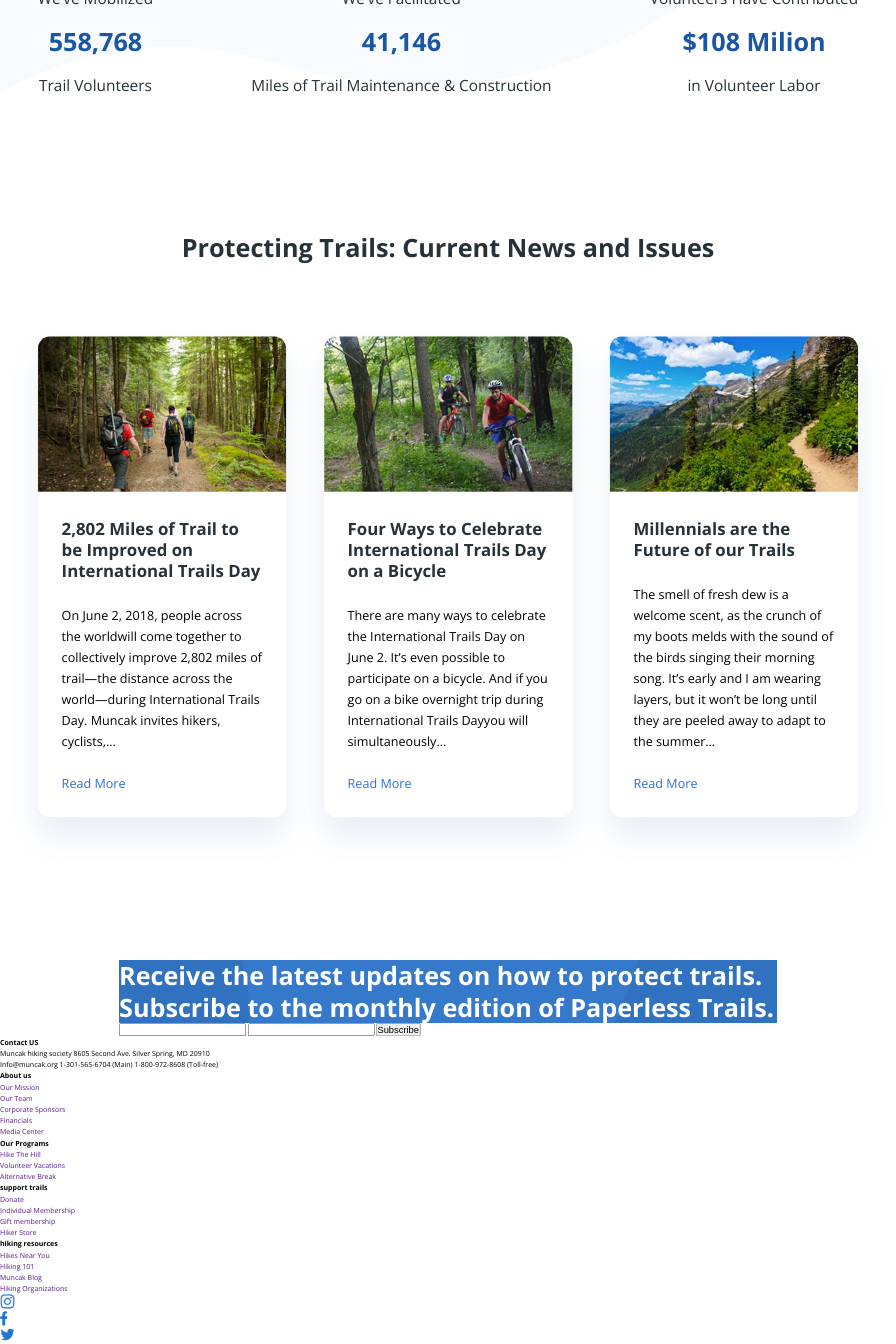
Repository: huubinh98/Project
Page: muncak/index.html
An editor plug-in stored every save of this project. The page is shown before and after the next save, followed by the edit.
The browser window is 1280 px wide. The pictures show the part of the page from y = 3138 to 5058 px (the page is 5058 px tall), at 70% of full size.

Above is the page before, as saved 2021-08-28 21:02:52.

### muncak/index.html
<!DOCTYPE html>
<html lang="en">

<head>
    <meta charset="UTF-8">
    <meta http-equiv="X-UA-Compatible" content="IE=edge">
    <meta name="viewport" content="width=device-width, initial-scale=1.0">
    <link rel="stylesheet" href="./style.css">
    <link rel="preconnect" href="https://fonts.googleapis.com">
    <link rel="preconnect" href="https://fonts.gstatic.com" crossorigin>
    <link href="https://fonts.googleapis.com/css2?family=Open+Sans:wght@300;400;600;700&display=swap" rel="stylesheet">
    <title>Muncak</title>
</head>

<body>
    <header class="header">
        <div class="container header-nav">
            <h1 class="logo"><a href="" class="logo-link"><img src="./image/Muncak.png" alt="" class="logo-img"></a>
            </h1>
            <ul class="nav-list">
                <li class="nav-item">
                    <a href="" class="nav-item-link">Home</a>
                </li>
                <li class="nav-item">
                    <a href="" class="nav-item-link">Go Hiking</a>
                </li>
                <li class="nav-item">
                    <a href="" class="nav-item-link">About</a>
                </li>
                <li class="nav-item">
                    <a href="" class="nav-item-link nav-highlight">Login</a>
                </li>
            </ul>
        </div>
        <div class="container-small">
            <h1 class="heading-banner">Lets get the top of Moutain</h1>
            <p class="heading-desc">Here is the hiking information you need to decide
                if it is right for you, and to make it more interesting,
                enjoyable, and safe.</p>
            <a href="#" class="btn c"> Get Started</a>
        </div>
    </header>
    <section class="about">
        <div class="container-small about-wrap">
            <h2 class="heading-name hearding-name-about">We envision a world where everyone
                has permanent access to a hiking trail</h2>
            <div class="about-item">
                <img src="./image/loa.png" alt="loa" class="about-img">
                <div class="about-content">
                    <h4 class="about-content-heading">Advocate</h4>
                    <p class="about-content-desc">We work with Congress, Federal agencies, and partners on policy issues
                        and legislation to ensure funding for trails, preservation of natural areas, and protection of
                        the hiking experience.</p>
                </div>
            </div>
            <div class="about-item">
                <img src="./image/bantay.png" alt="loa" class="about-img">
                <div class="about-content">
                    <h4 class="about-content-heading">Volunteer </h4>
                    <p class="about-content-desc">Trails don't maintain themselves. Individuals of any age and
                        experience level can become trail stewards. Give back to the trails you love, meet new people,
                        and enjoy the experience!</p>
                </div>
            </div>
            <div class="about-item">
                <img src="./image/nui.png" alt="loa" class="about-img">
                <div class="about-content">
                    <h4 class="about-content-heading">Explore</h4>
                    <p class="about-content-desc">Feel confident when you set out on your next trail adventure. Check
                        out our free hiking resources like tips for hiking with families, gear checklists, finding the
                        best trail for you.</p>
                </div>
            </div>
            <a href="" class="btn btn-about">Lean more</a>
        </div>
        <div class="container-small about-customer">
            <h2 class="heading-name">With the support of our members, and partners, we've improved trail access for millions of people</h2>
            <div class="customer-content">
                <p class="customer-text">We’ve Mobilized <span>558,768</span> Trail Volunteers</p>
                <p class="customer-text">We’ve Facilitated <span>41,146</span>
                    Miles of Trail Maintenance & Construction</p>
                <p class="customer-text">Volunteers Have Contributed <span>$108 Milion</span> in Volunteer Labor</p>
            </div>
        </div>
    </section>

    <!-- -----------new--------------- -->
    <section class="new">
        <div class="container-small">
            <h2 class="heading-name">Protecting Trails: Current News and Issues</h2>
            <div class="new-content">
                <div class="new-item">
                    <a href="#" class="new-item-picture">
                        <img src="./image/pic1.jpg" alt="pic1" class="new-item-img">
                    </a>
                    <div class="new-item-text">
                        <h3 class="new-item-name">2,802 Miles of Trail to be Improved on International Trails Day</h3>
                        <p class="new-item-desc">On June 2, 2018, people across the worldwill come together to
                            collectively improve 2,802 miles of trail—the distance across the world—during International
                            Trails Day. Muncak invites hikers, cyclists,…</p>
                        <a href="#" class="new-item-link">Read More</a>
                    </div>
                </div>
                <div class="new-item">
                    <a href="#" class="new-item-picture">
                        <img src="./image/pic2.jpg" alt="pic1" class="new-item-img">
                    </a>
                    <div class="new-item-text">
                        <h3 class="new-item-name">Four Ways to Celebrate International Trails Day on a Bicycle</h3>
                        <p class="new-item-desc">There are many ways to celebrate the International Trails Day on June 2. It’s even possible to participate on a bicycle. And if you go on a bike overnight trip during International Trails Dayyou will simultaneously…</p>
                        <a href="#" class="new-item-link">Read More</a>
                    </div>
                </div>
                <div class="new-item">
                    <a href="#" class="new-item-picture">
                        <img src="./image/pic3.jpg" alt="pic1" class="new-item-img">
                    </a>
                    <div class="new-item-text">
                        <h3 class="new-item-name">Millennials are the Future of our Trails</h3>
                        <p class="new-item-desc">The smell of fresh dew is a welcome scent, as the crunch of my boots melds with the sound of the birds singing their morning song. It’s early and I am wearing layers, but it won’t be long until they are peeled away to adapt to the summer…</p>
                        <a href="#" class="new-item-link">Read More</a>
                    </div>
                </div>
            </div>
        </div>
    </section>

    <div class="contact-footer">
        <div class="container form-contact">
            <h5 class="contact-heading">Receive the latest updates on how to protect trails.
                Subscribe to the monthly edition of Paperless Trails.</h5>
            <form action="">
                <input type="text" name="Name" id="" class="form-input">
                <input type="text" name="Email" id="" class="form-input">
                <button type="submit">Subscribe</button>
            </form>
        </div>
        <footer class="footer container">
            <div class="footer-info">
                <div class="footer-item">
                    <h4>Contact US</h4>
                    <p>Muncak hiking society
                        8605 Second Ave.
                        Silver Spring, MD 20910</p>
                    <p>
                        <span>Info@muncak.org</span>
                        <span>1-301-565-6704 (Main)</span>
                        <span>1-800-972-8608 (Toll-free)</span>
                    </p>
                </div>
                <div class="footer-item">
                    <h4>About us</h4>
                    <ul>
                        <li>
                            <a href="">Our Mission</a>
                        </li>
                        <li>
                            <a href="">Our Team</a>
                        </li>
                        <li>
                            <a href="">Corporate Sponsors</a>
                        </li>
                        <li>
                            <a href="">Financials</a>
                        </li>
                        <li>
                            <a href="">Media Center</a>
                        </li>
                    </ul>
                </div>
                <div class="footer-item">
                    <h4>Our Programs</h4>
                    <ul>
                        <li>
                            <a href="">Hike The Hill</a>
                        </li>
                        <li>
                            <a href="">Volunteer Vacations</a>
                        </li>
                        <li>
                            <a href="">Alternative Break</a>
                        </li>
                    </ul>
                </div>
                <div class="footer-item">
                    <h4>support trails</h4>
                    <ul>
                        <li>
                            <a href="">Donate</a>
                        </li>
                        <li>
                            <a href="">Individual Membership</a>
                        </li>
                        <li>
                            <a href="">Gift membership</a>
                        </li>
                        <li>
                            <a href="">Hiker Store</a>
                        </li>
                    </ul>
                </div>
                <div class="footer-item">
                    <h4>hiking resources</h4>
                    <ul>
                        <li>
                            <a href="">Hikes Near You</a>
                        </li>
                        <li>
                            <a href="">Hiking 101</a>
                        </li>
                        <li>
                            <a href="">Muncak Blog</a>
                        </li>
                        <li>
                            <a href="">Hiking Organizations</a>
                        </li>
                    </ul>
                </div>
            </div>
            <ul class="socical">
                <li class="socical-item">
                    <a href="" class="socical-item-link">
                        <img src="./image/instar.png" alt="" class="socical-item-img">
                    </a>
                </li>
                <li class="socical-item">
                    <a href="" class="socical-item-link">
                        <img src="./image/facebook.png" alt="" class="socical-item-img">
                    </a>
                </li>
                <li class="socical-item">
                    <a href="" class="socical-item-link">
                        <img src="./image/tiwer.png" alt="" class="socical-item-img">
                    </a>
                </li>
            </ul>
        </footer>
    </div>
</body>

</html>

### muncak/style.css
* {
    margin: 0;
    padding: 0;
    box-sizing: border-box;
}

html {
    font-size: 62.5%;
    line-height: 1.6rem;
    font-family: 'Open Sans', sans-serif;
    scroll-behavior: smooth;
}

ul, li {
    list-style: none;
}

a {
    text-decoration: none;
}

.container {
    max-width: 1404px;
    width: 100%;
    margin: 0 auto;
}

.container-small {
    max-width: 1172px;
    width: 100%;
    margin: 0 auto;
}

.btn {
    font-size: 2rem;
    line-height: 8rem;
    color: #fbfcfc;
    background-color: #2870db;
    border-radius: 40px;
    display: inline-block;
    padding: 0 66px;
    box-shadow: 0 22px 24px rgba(17, 83, 165, 0.21);
    transition: 0.25s ease;
}

.heading-name {
    font-size: 3.6rem;
    line-height: 5rem;
    text-align: center;
    margin: 0 auto;
    color: #263238;
    margin-bottom: 101px;
    max-width: 1000px;
}

.btn:hover {
    background-color: #1153a5;
}

/* ----------------------- */

.header {
    margin: 0 auto;
    max-width: 1900px;
    height: 1026px;
    background-color: white;
    background-image: url(./image/backgroudleft1.png), url(./image/Muncak-Landing-Page.png);
    background-position: left bottom, right top;
    background-repeat: no-repeat, no-repeat;
}

.header-nav {
    display: flex;
    justify-content: space-between;
    padding-top: 85px;
}

.logo{

}
.logo-link{

}
.logo-img{

}
.nav-list{

}
.nav-item{
    display: inline-block;
}
.nav-item-link{
    font-size: 1.8rem;
    font-weight: 400;
    line-height: 3.6rem;
    color: #fff;
    padding: 0 36px;
    display: inline-block;
}

.nav-highlight {
    background-color: #fff;
    color: #14215e;
    border-radius: 14px;
}

.heading-banner {
    font-size: 5rem;
    line-height: 6rem;
    color: #1c2056;
    margin-top: 144px;
    max-width: 400px;
}

.heading-desc {
    font-size: 1.8rem;
    line-height: 4rem;
    color: rgba(45, 32, 88, 0.65);
    max-width: 400px;
    margin-top: 43px;
    margin-bottom: 103px;
}

.btn-heading {
    margin-bottom: 310px;
}


/* -----------about---------------- */
.about {
    margin-top: 158px;
    margin-bottom: 98px;
    background-image: url(./image/backgroudleft2.png), url(./image/Muncak-Landing-Page2.png);
    background-repeat: no-repeat, no-repeat;
    background-position: left bottom, right center;
}

.about-wrap {
    margin-bottom: 105px;
}

.hearding-name-about {
    max-width: 700px;
}

.about-item {
    max-width: 549px;
}

.about-item:nth-child(2n + 1) {
    margin-left: auto;
    margin-top: -150px;
}

.about-item:nth-child(2n + 2) {
    margin-top: -109px;
}

.about-item:first-of-type {
    margin-top: 0;
}

.about-img {
    display: block;
    margin: 0 auto;
    margin-bottom: 63px;
}

.about-content {
    padding: 72px;
    border-radius: 18px;
    background-color: #fff;
    box-shadow: 0 27px 43px rgb(32 94 171 / 10%);
}

.about-content-heading {
    font-size: 2.4rem;
    line-height: 3.6rem;
    color: #263238;
    padding-bottom: 48px;
}

.about-content-desc {
    font-size: 1.8rem;
    line-height: 3.6rem;
    color: #546e7a;
}

.btn-about {
    float: right;
    margin-right: 163px;
    margin-top: -226px;
}

/* -----------customer-------------- */

.about-custumer {
    margin-top: 105px;
}

.customer-content {
    display: flex;
    justify-content: space-between;
}

.customer-text {
    text-align: center;
    font-size: 2.2rem;
    line-height: 2.3rem;
    color: #263238;
}

.customer-text span {
    font-size: 3.6rem;
    display: block;
    color: #1a56a3;
    font-weight: 700;
    line-height: 3.4rem;
    padding: 34px 0;
}

/* --------New-------------- */

.new {
    padding-top: 98px;
    padding-bottom: 102px;
}

.new-content {
    display: flex;
    justify-content: space-between;
}

.new-item {
    border-radius: 18px;
    box-shadow: 0 27px 43px rgb(32 94 171 / 10%);
    max-width: 355px;
    overflow: hidden;
}

.new-item-img {
    height: 222px;
    object-fit: cover;
    width: 100%;
}

.new-item-text {
    padding: 34px;
}

.new-item-name {
    font-size: 2.4rem;
    line-height: 3rem;
    color: #263238;
    padding-bottom: 33px;
}

.new-item-desc {
    font-size: 1.8rem;
    line-height: 3rem;
    padding-bottom: 30px;
}

.new-item-link {
    font-size: 1.8rem;
    line-height: 3rem;
    color: #2870db;
}


/* -----------contact-footer------------ */
.contact-footer {
    padding-top: 102px;
}

.form-contact {
    max-width: 940px;
}

.contact-heading {
    font-size: 3.6rem;
    line-height: 4.5rem;
    color: #fff;
    background-color: #3072c0;
    background-image: url(./image/backgroudcontact.png);
    background-repeat: no-repeat;
    background-position: left;
}

After the next save:
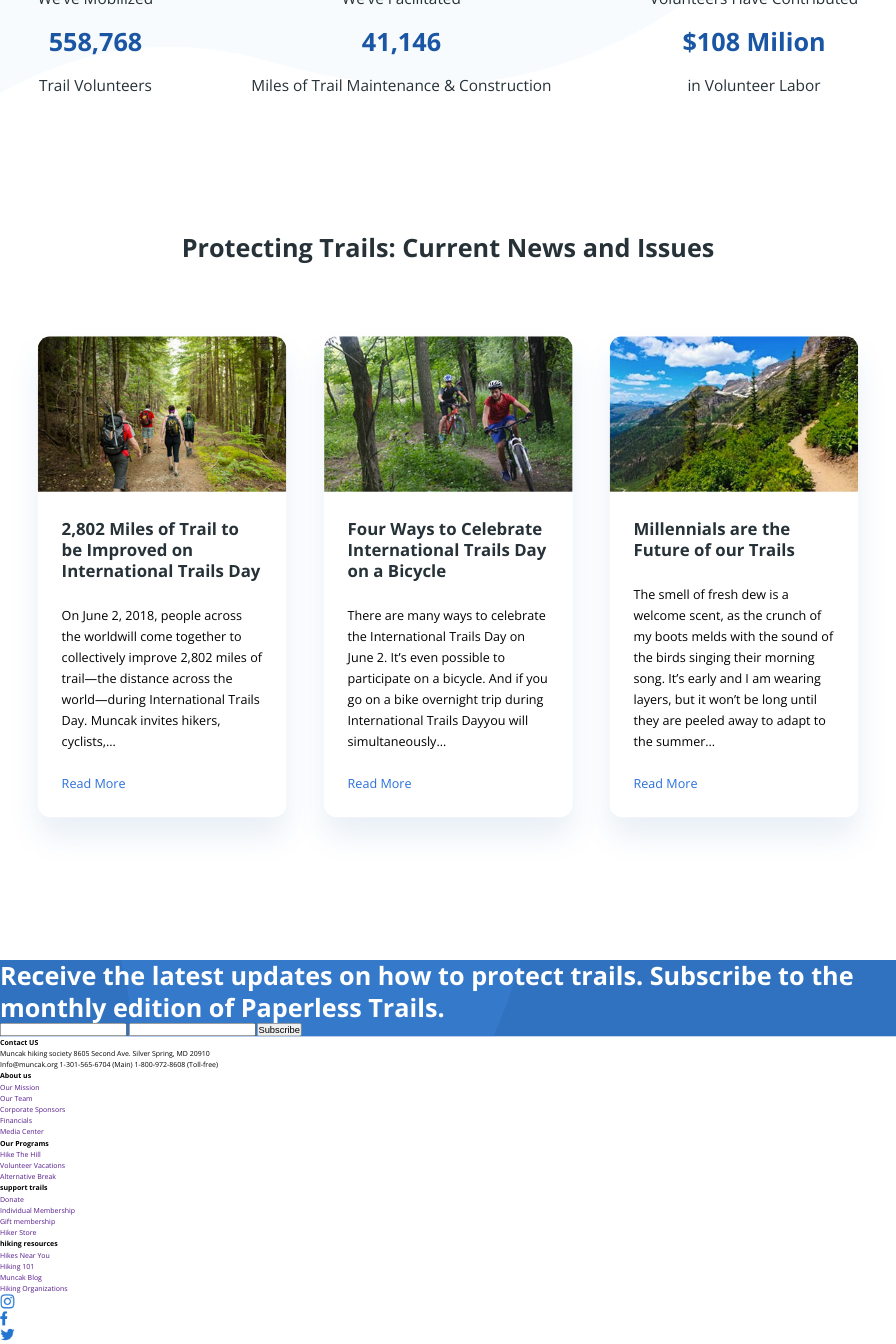
Saved 100 s later.
--- a/muncak/style.css
+++ b/muncak/style.css
@@ -275,15 +275,14 @@ a {
 }
 
 .form-contact {
-    max-width: 940px;
+    background-color: #3072c0;
+    background-image: url(./image/backgroudcontact.png);
+    background-repeat: no-repeat;
+    background-position: left;
 }
 
 .contact-heading {
     font-size: 3.6rem;
     line-height: 4.5rem;
     color: #fff;
-    background-color: #3072c0;
-    background-image: url(./image/backgroudcontact.png);
-    background-repeat: no-repeat;
-    background-position: left;
-}
+}
